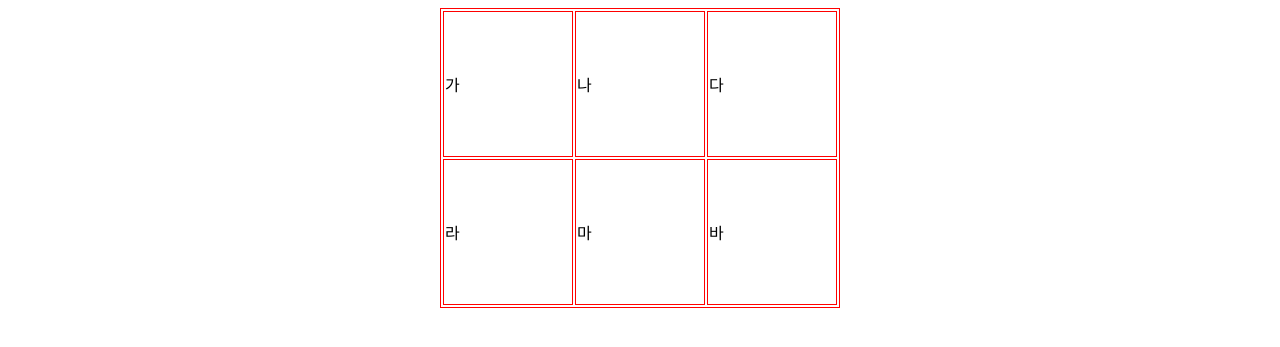
Repository: song-bean/Web_song
Page: 01_HTML/src/main/webapp/Ex09_table.html
The author's editor kept a copy of each file at every save. The page is drawn from the files as they stood at one save, then again after the next save.
The browser window is 1280 px wide. The pictures show the whole page.

Above is the page before, as saved 2023-02-22 03:33:39.

### 01_HTML/src/main/webapp/Ex09_table.html
<!DOCTYPE html>
<html>
<head>
<meta charset="UTF-8">
<title>Ex09</title>
</head>
<body>
	<!-- 두줄 세칸 -->
	<table border="1" width="400" height="300"
			align="center" bordercolor="red">
		<tr> <!-- 한 줄 -->
			<td>가</td> <!-- 한 칸 -->
			<td>나</td>
			<td>다</td>
		</tr>

		<tr>
			<td>라</td>
			<td>마</td>
			<td>바</td>
		</tr>
	</table>
</body>
</html>

After the next save:
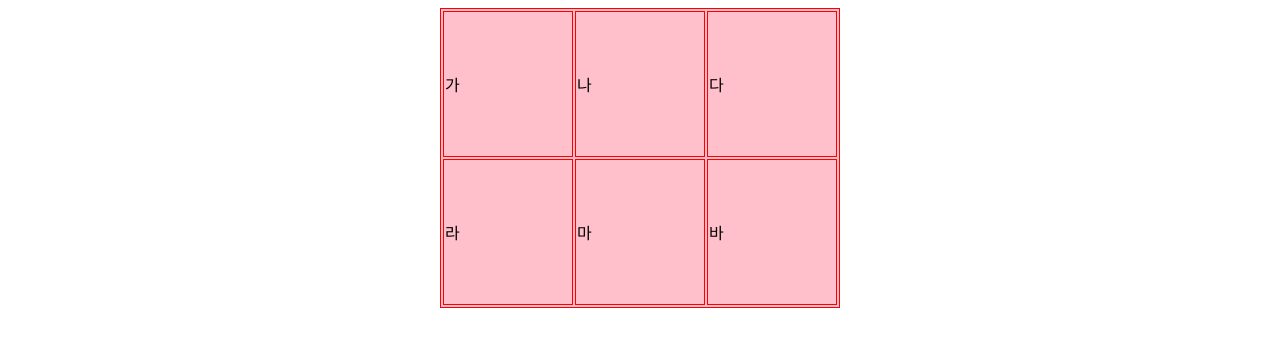
Saved 25 s later.
--- a/01_HTML/src/main/webapp/Ex09_table.html
+++ b/01_HTML/src/main/webapp/Ex09_table.html
@@ -7,7 +7,8 @@
 <body>
 	<!-- 두줄 세칸 -->
 	<table border="1" width="400" height="300"
-			align="center" bordercolor="red">
+			align="center" bordercolor="red"
+			bgcolor="pink">
 		<tr> <!-- 한 줄 -->
 			<td>가</td> <!-- 한 칸 -->
 			<td>나</td>
